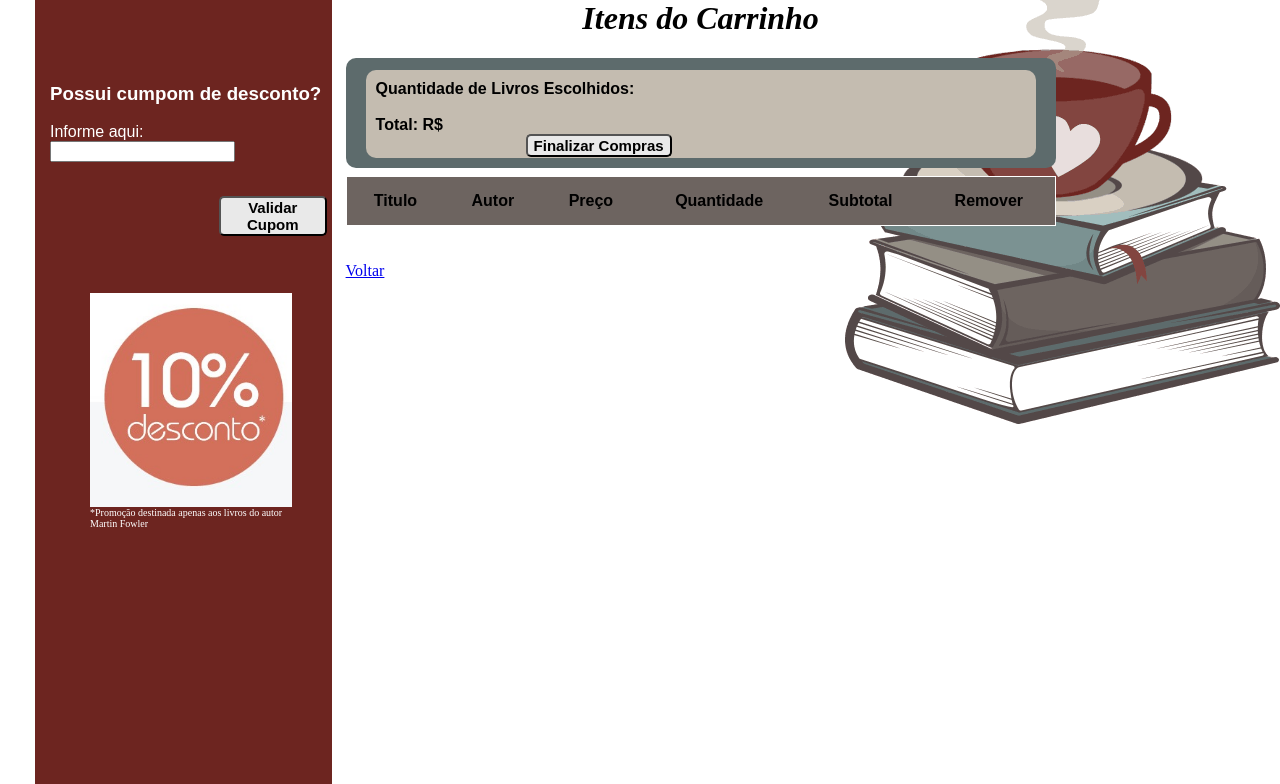
Repository: gabriellacrystina/ProjetoTegra
Page: http://localhost/book-store/meuCarrinho.jsp
An editor plug-in stored every save of this project. The page is shown before and after the next save, followed by the edit.
The browser window is 1280 px wide. The pictures show the whole page.
The page is served by Tomcat 9. Nobody is signed in. The application's start-up code is not run. Other server files are loaded and not shown. The template is opened directly, without the code that normally fills it, so the values that code supplies are empty.

Above is the page before, as saved 2016-07-10 19:13:20.

### book-store/WebContent/meuCarrinho.jsp
<%@ page language="java" contentType="text/html; charset=ISO-8859-1"
    pageEncoding="ISO-8859-1"%>
<%@ taglib uri="http://java.sun.com/jsp/jstl/core" prefix="c" %>

<!DOCTYPE html PUBLIC "-//W3C//DTD HTML 4.01 Transitional//EN" "http://www.w3.org/TR/html4/loose.dtd">
<html>
	<head>
		<meta http-equiv="Content-Type" content="text/html; charset=ISO-8859-1">
		<link rel="stylesheet" type="text/css" href="book-store-style.css">
		<script src="controle-compra.js"></script>
		<title>Carrinho</title>
	</head>
	<body>
		<section class="desconto" >
			<h3>Possui cumpom de desconto?</h3>
				<form action="FinalizarCompra" method="post">
					<p>Informe aqui: <input type="text" id="cupom" name="cupom" maxlength="15"></p>
					<br><button class="btn btn-validarCumpom" type="submit" onclick="return validarCupom()">Validar Cupom</button>
				</form>
			<figure>
				<img id="img-desconto" src="img/desconto.jpg" />
				<figcaption id="img-descricao">*Promoção destinada apenas aos livros do autor Martin Fowler</figcaption>
			</figure>
			<c:if test="${resultado != null}" >
				<c:out value="${resultado}"/>
			</c:if>
		</section>
		<h1>Itens do Carrinho</h1>
		<div class="my-cart">
			<div class="carrinho">
			    Quantidade de Livros Escolhidos: <output class="output-carrinho" id="qtde-itens" name="quantidade-itens">${qtdeLivros}</output>
			    <br><br>
				Total: <output class="output-carrinho" id="total" name="total-itens">${total} R$</output>
				<form action="CompraEncerrada">
						<button type="submit" class="btn" >Finalizar Compras</button>
				</form>
			</div>
		</div>
		<table id="tbl-books">
		  <tr>
		    <th>Titulo</th>
		    <th>Autor</th>
		    <th>Preço</th>
		    <th>Quantidade</th>
		    <th>Subtotal</th>
		    <th>Remover</th>
		  </tr>
	  		<c:forEach var="item" items="${listaItens}">
	  			<tr class="livros">
					<td class="nome-livro">${item.getProduto().getTitulo()}</td>
					<td class="nome-autor">${item.getProduto().getAutor()}</td>
					<td class="preco">R$ ${item.getProduto().getPreco()}</td>
					<td class="quantidade">${item.getQuantidade()}</td>
					<td class="subtotal">R$ ${item.getSubtotal()}</td>
					<td>
						<form action="MeuCarrinho" method="post">
							<input type="hidden" name="id-livro" value="${item.getProduto().getId()}"/>
							<button class="btn btn-comprar" type="submit">Remover</button>
						</form>
					</td>
				</tr>
	  		</c:forEach>
		</table>
		<br>
		<br><a href="index.jsp">Voltar</a>
	</body>
</html>

### book-store/WebContent/book-store-style.css
@CHARSET "ISO-8859-1";

body {
	background-image: url("img/back.png");
	background-repeat: no-repeat;
	background-position: right top;
	background-attachment: initial;
    width: 710px;
    margin-top: 0px;
    margin-left: 27%;
	margin-right: auto;
}

h1 {
	font-style: oblique;
	text-align: center;
    color: #000000;
    margin-top: 0px;
    font-family: cursive;
}

h2{
	text-align: center;
	font-family: cursive;
    font-size: -webkit-xxx-large;
    color: #5D6B6C;
}

h5{
	color: #000000;
	font-size: x-large;
}

h4{
	color: #1b1919;
	text-align: center;
    font-size: x-large;
    font-family: cursive;

}

#tbl-books {
	width: 100%;
	font-family: "Arial", "Helvetica", sans-serif;
	border: 1px solid #ffffff;
    border-collapse: collapse;
}

#tbl-books tr:nth-child(even){
	background-color: #FFFFFF
}

#tbl-books tr:nth-child(odd){
	background-color: #6D6460;
}

th, td {
    padding: 15px;
    text-align: center;
}


.nome-livro{
	text-align: left;
}

.my-cart{
	width: 100%;
	height: 110px;
	border-radius: 10px;
    padding: 12px 20px;
    margin: 8px 0;
    box-sizing: border-box;
	background-color: #5D6B6C;
	margin-left: auto;
	margin-right: auto;
}
.cart{
	float: right;
	background-color: #c4bcb0;
	border-radius: 10px;
	padding-left: 10px;
	padding-bottom: 5px;
	margin-left: auto;
	margin-right: auto;
}

.carrinho{
	background-color: #c4bcb0;
	height: 90%;
	text-align: left;
	border-radius: 10px;
	padding-top: 10px;
	padding-left: 10px;
	padding-right: 10px;
	font: small-caption;
    font-weight: 700;
}

#lbl-meu-carrinho{
	font-size: 20px;
	font-weight: bold;
}

.btn {
	font-family: "Arial", "Helvetica", sans-serif;
	border-radius: 5px;
	font-size: 15px;
	font-weight: bold;
	margin-left: 150px;
	margin-right: 5px;
	background-color: #e9e9e9;
}

.btn-comprar{
	margin-left: 10%;
}

.btn-validarCumpom{
	margin-left: 60%;
}

.btn-concluirCompra{
	float: right;
	margin-top: -10px;
	margin-left: 70%;
}
.it-carrinho{
	margin-right: 150px;
}

.img-desconto{
	background-image: url("img/desconto.jpg");
	width: 10%;
	top:5px;
	left:20px;
	position:absolute;
}

#img-descricao{
	color: #ffffff;
	font-size: 10px;
}

h3, p{
	color: #ffffff;
	font-family: "Arial", "Helvetica", serif;
}

.desconto{
	margin-top: 0px;
	background-color: #6D2520;
	width: 22%;
	height: 100%;
	left:35px;
	text-align: left;
	padding-top: 5%;
	padding-left: 15px;
	position:absolute;
}

#img-desconto{
	padding-top: 20%;
	width: 100%;

}
.titulo-livro{
	font-size: larger;
}

### book-store/WebContent/controle-compra.js
/**
 * Controle de Compra. Arquivo que valida dados do arquivo index.jsp
 */
//valida se carrinho contém itens!!
function validaCarrinho(){
	var qtdeItens = document.getElementById("qtde-itens").textContent;

	if(qtdeItens == 0){
		alert("Não há itens no carrinho!!");
		return false;
	}
	return true;
}

//verifica se o input do cupom foi informado
function validarCupom(){
	var cupom = document.getElementById("cupom").value;

	if(cupom == ""){
		alert("Informe o cupom!!");
		return false;
	}
	return true;
}

After the next save:
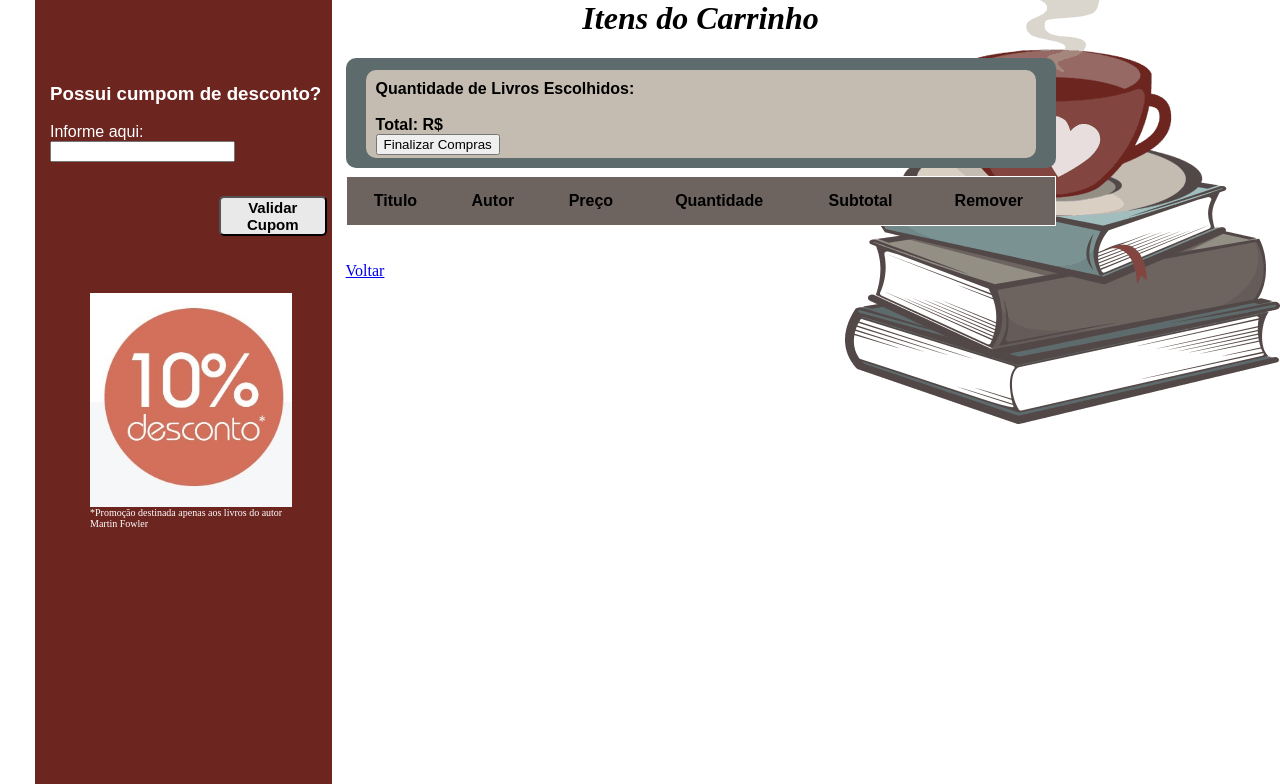
Saved 11 s later.
--- a/book-store/WebContent/meuCarrinho.jsp
+++ b/book-store/WebContent/meuCarrinho.jsp
@@ -32,7 +32,7 @@
 			    <br><br>
 				Total: <output class="output-carrinho" id="total" name="total-itens">${total} R$</output>
 				<form action="CompraEncerrada">
-						<button type="submit" class="btn" >Finalizar Compras</button>
+						<button type="submit" >Finalizar Compras</button>
 				</form>
 			</div>
 		</div>

After the save that followed:
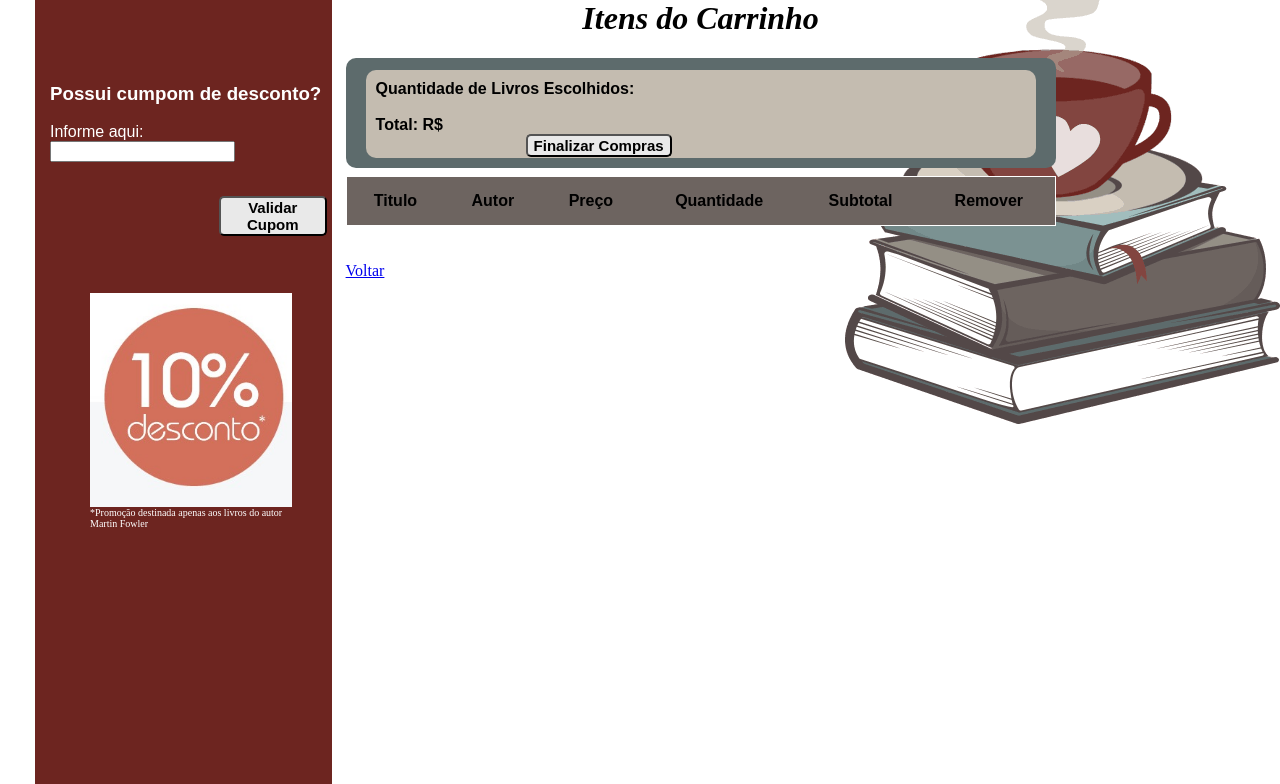
Saved 7 s later.
--- a/book-store/WebContent/meuCarrinho.jsp
+++ b/book-store/WebContent/meuCarrinho.jsp
@@ -32,7 +32,7 @@
 			    <br><br>
 				Total: <output class="output-carrinho" id="total" name="total-itens">${total} R$</output>
 				<form action="CompraEncerrada">
-						<button type="submit" >Finalizar Compras</button>
+						<button type="submit" class="btn" >Finalizar Compras</button>
 				</form>
 			</div>
 		</div>
